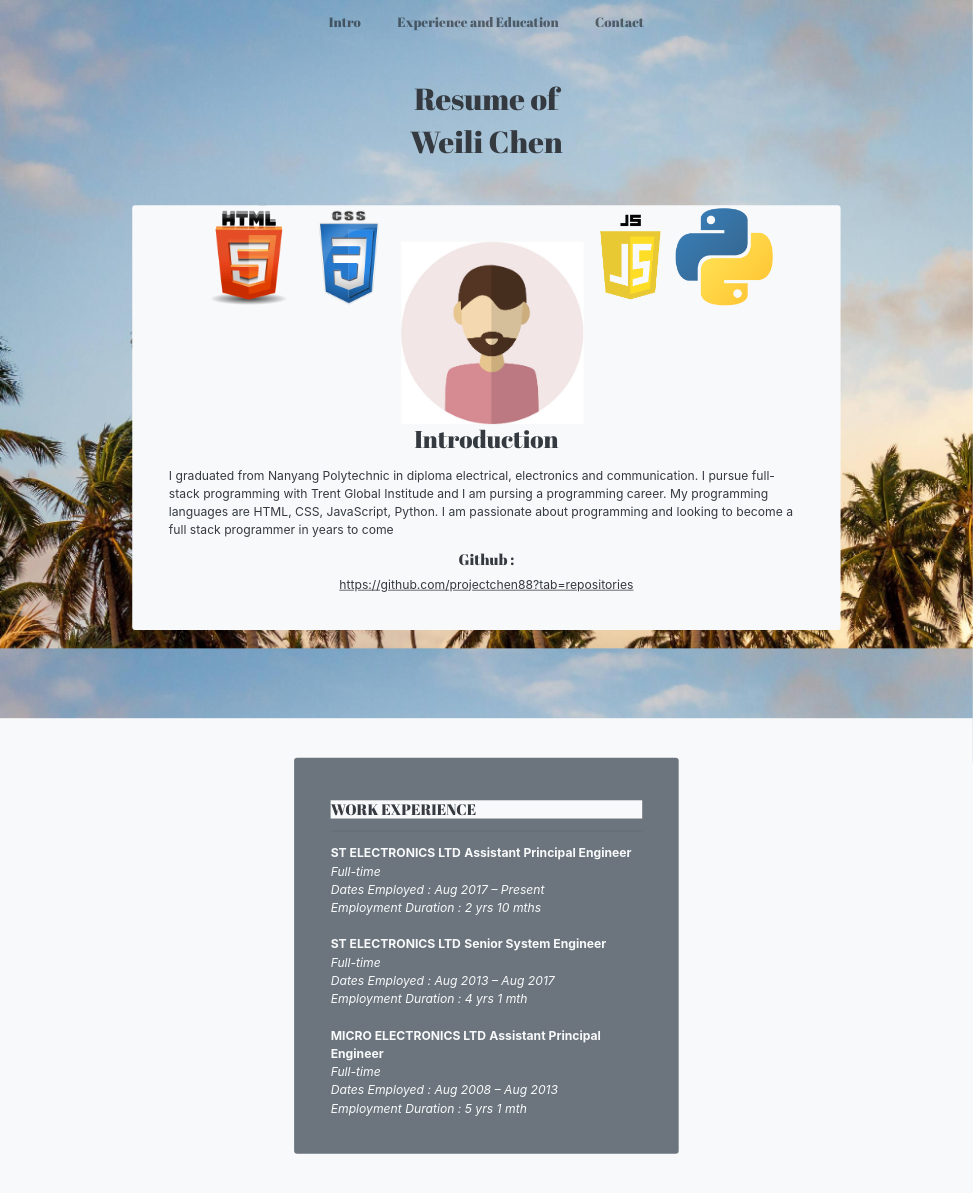
Repository: projectchen88/firstproject
Page: index.html
The author's editor kept a record of every edit. The page is drawn from the files as they stood at one moment, then again after the next edit.
The browser window is 1280 px wide. The pictures show the whole page, at 76% of full size.
Backgrounds fixed to the window are drawn as part of the page. Some web libraries are served in a nearby version.

Above is the page before.

After the next edit:
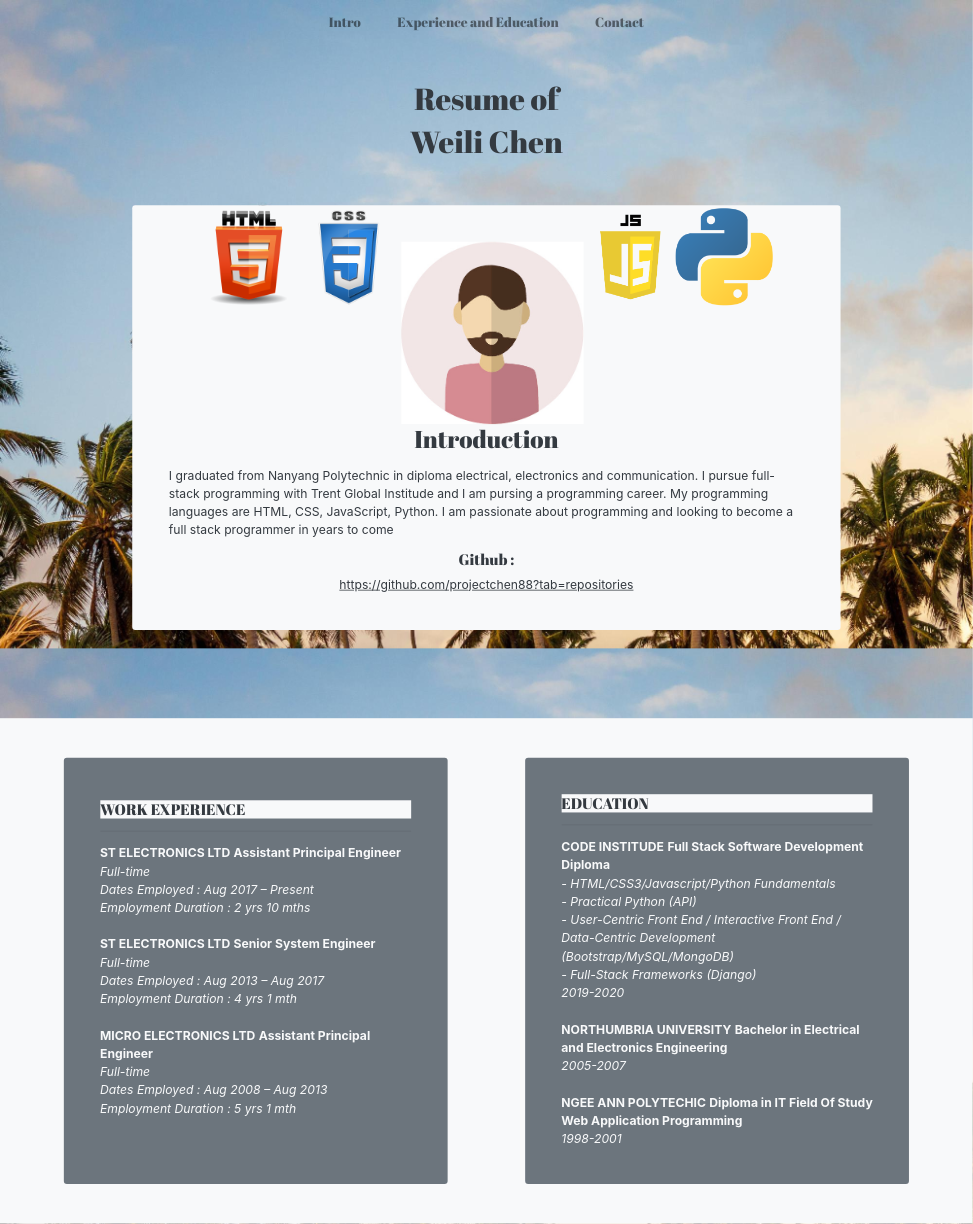
The edit:
--- a/index.html
+++ b/index.html
@@ -111,6 +111,31 @@
                     </div>
                 </div>
             </div>
+            <div class="col-md-5 col-12 p-md-5 p-3 bg-secondary text-light rounded mx-auto my-1">
+                <h5 class='text-dark bg-light'>EDUCATION</h5>
+                <hr/>
+                <div>
+                    <strong>CODE INSTITUDE</strong>
+                    <strong>Full Stack Software Development Diploma</strong><br/>
+                    <i>- HTML/CSS3/Javascript/Python Fundamentals<br/>
+                    - Practical Python (API)<br/>
+                    - User-Centric Front End / Interactive Front End / Data-Centric Development (Bootstrap/MySQL/MongoDB)<br/>
+                    - Full-Stack Frameworks (Django)</i><br/>
+                    <i>2019-2020</i>
+                </div>
+                <br/>
+                <div>
+                    <strong>NORTHUMBRIA UNIVERSITY</strong>
+                    <strong>Bachelor in Electrical and Electronics Engineering</strong><br/>
+                    <i>2005-2007</i>
+                </div>
+                <br/>
+                <div>
+                    <strong>NGEE ANN POLYTECHIC</strong>
+                    <strong>Diploma in IT Field Of Study Web Application Programming</strong><br/>
+                    <i>1998-2001</i>
+                </div>
+            </div>
 
     </div>
     </section>
